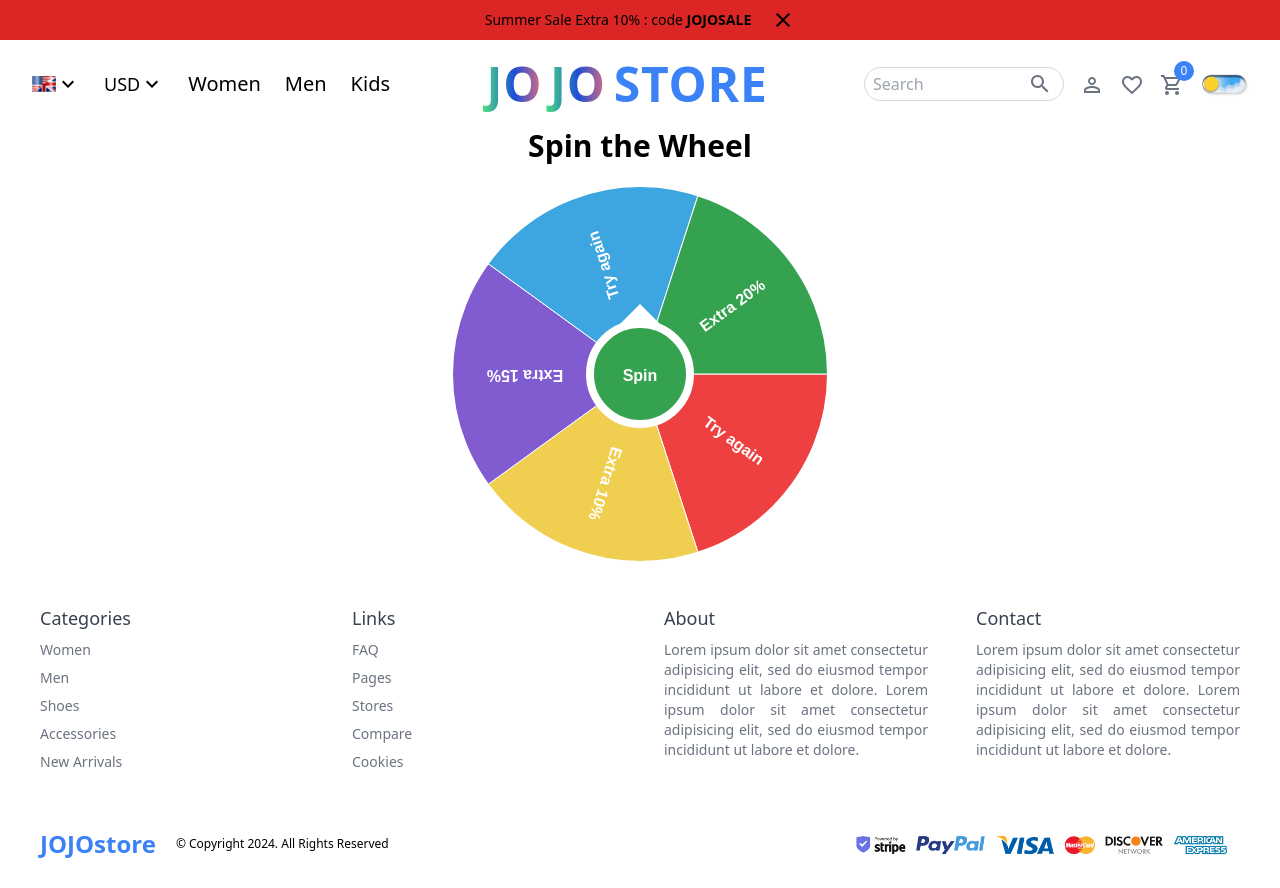
Repository: AiTrinh303/JOJO-STORE
Page: /spinwheelgame
These files come from the project's save history. The page is drawn as it stood at one moment and after a run of saves; the edit follows.
The browser window is 1280 px wide. The pictures show the whole page.
The project was rebuilt for these pictures with package versions that can differ from the ones it lists, and the page was loaded fresh each time. Also part of the build but not shown: vite.config.js, src/components/Cart.jsx, src/components/Form.jsx, src/components/Slider/Slide1.jsx, src/components/Slider/Slide2.jsx, src/components/Slider/Slide3.jsx, src/components/Slider/Slider.scss, src/components/Slider/Slider.jsx and 23 more.

Above is the page before, as saved 2024-06-14 07:54:10.

### index.html
<!doctype html>
<html lang="en">
  <head>
    <meta charset="UTF-8" />
    <link rel="icon" type="image/svg+xml" href="/vite.svg" />
    <meta name="viewport" content="width=device-width, initial-scale=1.0" />
    <title>JOJO-STORE</title>
  </head>
  <body>
    <div id="root"></div>
    <script type="module" src="/src/main.jsx"></script>
  </body>
</html>

### src/main.jsx
import React from 'react'
import ReactDOM from 'react-dom/client'
import App from './App'
import './index.css'



ReactDOM.createRoot(document.getElementById('root')).render(
  <React.StrictMode>
      <App />
  </React.StrictMode>,
)

### src/App.jsx
import { useEffect } from "react";
import { createBrowserRouter, RouterProvider, Outlet } from "react-router-dom";

// Context
import ShopContextProvider from "./Context/ShopContext";
import {AuthProvider} from "./Context/AuthContext";

// Pages
import Footer from "./components/Footer";
import Header from "./components/Header/Header";
import Home from "./pages/Home";
import ShopCategory from "./pages/ShopCategory";
import Product from "./pages/Product";
import Wishlists from "./pages/Wishlists/Wishlists";
import Login from "./pages/Login";
import Register from "./pages/Register";
import Profile from "./pages/Profile";
import CartPage from "./pages/CartPage/CartPage";
import FilteredProductList from "./pages/FilteredProductList";
import BackToTopButton from "./components/BackToTopButton";
import SpinWheelGame from "./components/SpinWheelGame";

// Styles
import AOS from 'aos';
import 'aos/dist/aos.css';
import women_banner from './assets/banner_women.png';
import men_banner from './assets/banner_men.png';
import kids_banner from './assets/banner_kids.png';

// Import PrivateRoute component
// import PrivateRoute from "./components/PrivateRoute"; // Adjust the path as per your project structure

const Layout = () => {
  return (
    <div className="app">
      <Header />
      <Outlet />
      <Footer />
      <BackToTopButton />
    </div>
  );
};

// Define your routes using createBrowserRouter
const router = createBrowserRouter([
  {
    path: "/",
    element: <Layout />,
    children: [
      { path: "/", element: <Home /> },
      { path: "/women", element: <ShopCategory banner={women_banner} category="women" /> },
      { path: "/men", element: <ShopCategory banner={men_banner} category="men" /> },
      { path: "/kids", element: <ShopCategory banner={kids_banner} category="kids" /> },
      { path: "/product/:productId", element: <Product /> },
      { path: "/filtered-products", element: <FilteredProductList /> },
      { path: "/cartpage", element: <CartPage /> },
      { path: "/wishlists", element: <Wishlists /> },
      { path: "/login", element: <Login /> },
      { path: "/register", element: <Register />},
      { path: "/profile", element: <Profile />},
      { path: "/spinwheelgame", element: <SpinWheelGame/>},
      // { path: "/dashboard", element: <PrivateRoute element={<Dashboard />} /> },
    ],
  },
]);

function App() {
  useEffect(() => {
    AOS.init({
      offset: 200,
      duration: 1000,
      delay: 150,
    });
    AOS.refresh();
  }, []);

  return (

      <ShopContextProvider>
          <AuthProvider>
             <RouterProvider router={router} />
          </AuthProvider>
      </ShopContextProvider>
  );

}

export default App;

### src/index.css
@tailwind base;
@tailwind components;
@tailwind utilities;


.dark {
    background-color: black;
    color: #ffffff;

  }

.light {
    background-color: #ffffff;
    color: #000000;
  }

### src/Context/ShopContext.jsx
import { createContext, useReducer } from "react";
import all_product from '../assets/all_product';
import { shopReducer, initialState } from "./Reducer/shopReducer";

export const ShopContext = createContext(null);


const ShopContextProvider = (props) => {
    const [state, dispatch] = useReducer(shopReducer, initialState);

    const addToCart = (itemId, quantity = 1) => {
        dispatch({ type: "ADD_TO_CART", payload: { itemId, quantity } });
    };

    const removeFromCart = (itemId) => {
        dispatch({ type: "REMOVE_FROM_CART", payload: { itemId } });
    };

    const resetCart = () => {
        dispatch({ type: "RESET_CART" });
    };

    const addToWishlist = (itemId) => {
        dispatch({ type: "ADD_TO_WISHLIST", payload: { itemId } });
    };

    const removeFromWishlist = (itemId) => {
        dispatch({ type: "REMOVE_FROM_WISHLIST", payload: itemId });
    };

    const getTotalCartAmount = () => {
        let totalAmount = 0;
        for (const item in state.cartItems) {
            if (state.cartItems[item] > 0) {
                let itemInfo = all_product.find((product) => product.id === Number(item));
                if (itemInfo) {
                    totalAmount += itemInfo.new_price * state.cartItems[item];
                }
            }
        }
        return totalAmount;
    };

    const getTotalCartItems = () => {
        let totalItems = 0;
        for (const item in state.cartItems) {
            if (state.cartItems[item] > 0) {
                totalItems += state.cartItems[item];
            }
        }
        return totalItems;
    };

    const contextValue = {
        all_product,
        cartItems: state.cartItems,
        wishlist: state.wishlist,
        addToCart,
        removeFromCart,
        resetCart,
        getTotalCartAmount,
        getTotalCartItems,
        addToWishlist,
        removeFromWishlist
    };

    return (
        <ShopContext.Provider value={contextValue}>
            {props.children}
        </ShopContext.Provider>
    );
};

export default ShopContextProvider;

### src/Context/AuthContext.jsx
// //Create Authentication Logic - The AuthProvider component will be updated with login and logout functions. This function will be passed down through the AuthContext.Provider and it will be accessible globally.

// import { useContext, createContext, useState } from "react";
// import { useNavigate } from "react-router-dom";

// const AuthContext = createContext();

// const AuthProvider = ({ children }) => {
//   const [user, setUser] = useState(null);
//   const [token, setToken] = useState(localStorage.getItem("site") || "");
//   const navigate = useNavigate();
//   const loginAction = async (data) => {
//     try {
//       const response = await fetch("your-api-endpoint/auth/login", {
//         method: "POST",
//         headers: {
//           "Content-Type": "application/json",
//         },
//         body: JSON.stringify(data),
//       });
//       const res = await response.json();
//       if (res.data) {
//         setUser(res.data.user);
//         setToken(res.token);
//         localStorage.setItem("site", res.token);
//         navigate("/dashboard");
//         return;
//       }
//       throw new Error(res.message);
//     } catch (err) {
//       console.error(err);
//     }
//   };

//   const logOut = () => {
//     setUser(null);
//     setToken("");
//     localStorage.removeItem("site");
//     navigate("/login");
//   };

//   return (
//     <AuthContext.Provider value={{ token, user, loginAction, logOut }}>
//       {children}
//     </AuthContext.Provider>
//   );

// };

// export default AuthProvider;

// export const useAuth = () => {
//   return useContext(AuthContext);
// };


import { createContext, useState } from "react";

export const AuthContext = createContext();

export const AuthProvider = ({ children }) => {
  const [user, setUser] = useState(null);

  const login = (userData) => {
    setUser(userData);
  };

  const logout = () => {
    setUser(null);
  };

  return (
    <AuthContext.Provider value={{ user, setUser, login, logout }}>
      {children}
    </AuthContext.Provider>
  );
};

### src/components/Footer.jsx
import React from "react";

const Footer = () => {
  return (
    <div className="footer mx-10 my-5">
      <div className="top flex gap-12">
        <div className="item flex-1 flex flex-col gap-2 text-justify text-sm">
          <h1 className="text-lg font-medium text-gray-700">Categories</h1>
          <span className="text-gray-500">Women</span>
          <span className="text-gray-500">Men</span>
          <span className="text-gray-500">Shoes</span>
          <span className="text-gray-500">Accessories</span>
          <span className="text-gray-500">New Arrivals</span>
        </div>
        <div className="item flex-1 flex flex-col gap-2 text-justify text-sm">
          <h1 className="text-lg font-medium text-gray-700">Links</h1>
          <span className="text-gray-500">FAQ</span>
          <span className="text-gray-500">Pages</span>
          <span className="text-gray-500">Stores</span>
          <span className="text-gray-500">Compare</span>
          <span className="text-gray-500">Cookies</span>
        </div>
        <div className="item flex-1 flex flex-col gap-2 text-justify text-sm">
          <h1 className="text-lg font-medium text-gray-700">About</h1>
          <span className="text-gray-500">
            Lorem ipsum dolor sit amet consectetur adipisicing elit, sed do
            eiusmod tempor incididunt ut labore et dolore. Lorem ipsum dolor sit
            amet consectetur adipisicing elit, sed do eiusmod tempor incididunt
            ut labore et dolore.
          </span>
        </div>
        <div className="item flex-1 flex flex-col gap-2 text-justify text-sm">
          <h1 className="text-lg font-medium text-gray-700">Contact</h1>
          <span className="text-gray-500">
            Lorem ipsum dolor sit amet consectetur adipisicing elit, sed do
            eiusmod tempor incididunt ut labore et dolore. Lorem ipsum dolor sit
            amet consectetur adipisicing elit, sed do eiusmod tempor incididunt
            ut labore et dolore.
          </span>
        </div>
      </div>
      <div className="bottom flex items-center justify-between mt-12">
        <div className="left flex items-center">
          <span className="logo text-blue-500 font-bold text-2xl">JOJOstore</span>
          <span className="copyright ml-5 text-xs text-black-500">
            © Copyright 2024. All Rights Reserved
          </span>
        </div>
        <div className="right">
          <img src="src/assets/payment.png" alt="payment" className="h-12" />
        </div>
      </div>
    </div>
  );
};

export default Footer;

### src/components/Header/Header.jsx

import NavbarExtra from './NavbarExtra'
import Navbar from './Navbar'

const Header = () => {
  return (
    <div>
      <NavbarExtra />
      <Navbar />
    </div>
  )
}

export default Header

### src/components/SpinWheelGame.jsx
import WheelComponent from "./WheelComponent";

export default function App() {
  const segments = [
    "Try again",
    "Extra 10%",
    "Extra 15%",
    "Try again",
    "Extra 20%",
  ];
  const segColors = ["#EE4040", "#F0CF50", "#815CD1", "#3DA5E0", "#34A24F"];
  const onFinished = (winner) => {
    console.log(winner);

  };
  return (
    <div className="">
      <h1 className="text-center text-3xl font-bold">Spin the Wheel</h1>
      <div className="flex items-center justify-center">
        <WheelComponent
          segments={segments}
          segColors={segColors}
          onFinished={(winner) => onFinished(winner)}
          primaryColor=""
          contrastColor="white"
          buttonText="Spin"
          isOnlyOnce={false}
          size={190}
          upDuration={500}
          downDuration={600}
          fontFamily="Arial"
        />
      </div>
      {/* <h2>Start editing to see some magic happen!</h2> */}
    </div>
  );
}

### src/Context/Reducer/shopReducer.jsx

// import all_product from "../../assets/all_product";

// const getDefaultValue = () => {
//     let cart = {};
//     for (let index = 0; index < all_product.length; index++) {
//         cart[index] = 0;
//     }
//     return cart;
// };

// export const initialState = {
//     cartItems: getDefaultValue(),
//     wishlist: []
// };

// export const shopReducer = (state, action) => {
//     switch (action.type) {
//         case "ADD_TO_CART":
//             return {
//                 ...state,
//                 cartItems: {
//                     ...state.cartItems,
//                     [action.payload.itemId]: (state.cartItems[action.payload.itemId] || 0) + action.payload.quantity
//                 }
//             };
//         case "REMOVE_FROM_CART":
//             return {
//                 ...state,
//                 cartItems: {
//                     ...state.cartItems,
//                     [action.payload.itemId]: state.cartItems[action.payload.itemId] - 1
//                 }
//             };
//         case "RESET_CART":
//             return {
//                 ...state,
//                 cartItems: getDefaultValue()
//             };
//         case "ADD_TO_WIS                    [action.payload.itemId]: (state.cartItems[action.payload.itemId] || 0) + action.payload.quantity
//                 }
//             };
//         case "REMOVE_FROM_CART":
//             return {
//                 ...state,
//                 cartItems: {
//                     ...state.cartItems,
//                     [action.payload.itemId]: state.cartItems[action.payload.itemId] - 1
//                 }
//             };
//         case "RESET_CART":
//             return {
//                 ...state,
//                 cartItems: getDefaultValue()
//             };
//         case "ADD_TO_WISHLIST":
//             return {
//                 ...state,
//                 wishlist: [...state.wishlist, action.payload.itemId]
//             };
//         case "REMOVE_FROM_WISHLIST":
//             const newWishlist = [...state.wishlist];
//             newWishlist.splice(newWishlist.indexOf(action.payload.itemId), 1)}
//             return {
//                 ...state,
//                 wishlist: newWishlist};

//         default:
//             return state;
//     }
// };


import all_product from "../../assets/all_product";

const getDefaultValue = () => {
    let cart = {};
    for (let index = 0; index < all_product.length; index++) {
        cart[index] = 0;
    }
    return cart;
};

export const initialState = {
    cartItems: getDefaultValue(),
    wishlist: []
};

export const shopReducer = (state, action) => {
    switch (action.type) {
        case "ADD_TO_CART":
            return {
                ...state,
                cartItems: {
                    ...state.cartItems,
                    [action.payload.itemId]: (state.cartItems[action.payload.itemId] || 0) + action.payload.quantity
                }
            };
        case "REMOVE_FROM_CART":
            return {
                ...state,
                cartItems: {
                    ...state.cartItems,
                    [action.payload.itemId]: Math.max(0, state.cartItems[action.payload.itemId] - 1)
                }
            };
        case "RESET_CART":
            return {
                ...state,
                cartItems: getDefaultValue()
            };
        case "ADD_TO_WISHLIST":
            if (!state.wishlist.includes(action.payload.itemId)) {
                return {
                    ...state,
                    wishlist: [...state.wishlist, action.payload.itemId]
                };
            }
            return state;
        case "REMOVE_FROM_WISHLIST":
                return {
                    ...state,
                    wishlist: state.wishlist.filter((item) => item.itemId !== action.payload.itemId)
                };

        default:
            return state;
    }
};

### src/components/Header/NavbarExtra.jsx
import CloseIcon from '@mui/icons-material/Close';
import LocalShippingIcon from '@mui/icons-material/LocalShipping';
import ContactMailIcon from '@mui/icons-material/ContactMail';
import SyncAltIcon from '@mui/icons-material/SyncAlt';
import { useState } from 'react';

const NavbarExtra = () => {
  const [showSale, setShowSale] = useState(true);

  return (
    <div data-aos="fade-down" className="navbar h-12">
      {showSale ? (
        <div className="wrapper py-2 px-4 md:px-10 flex items-center justify-center items-center gap-5 bg-red-600 text-black-600 text-xs md:text-sm">
          <div>
            <p>Summer Sale Extra 10% : code <strong>JOJOSALE</strong></p>
          </div>
          <div>
            <CloseIcon onClick={() => setShowSale(false)} className="text-black-700 hover:text-black-900"/>
          </div>
        </div>
      ) : (
        <div className="wrapper py-2 px-4 md:px-10 flex flex-col md:flex-row items-center justify-between bg-gray-200 text-gray-500 text-xs md:text-sm">
          <div className="my-1 md:my-0">
            <p><ContactMailIcon className='px-1'/>Help and Contact</p>
          </div>
          <div className="my-1 md:my-0">
            <p><LocalShippingIcon className='px-1'/>Free standard delivery over €50 & free return*</p>
          </div>
          <div className="my-1 md:my-0">
            <p><SyncAltIcon className='px-1'/>100-day return policy</p>
          </div>
        </div>
      )}
    </div>
  );
};

export default NavbarExtra;

### src/components/Header/DarkMode.jsx
import LightButton from "../../assets/light-mode-button.png";
import DarkButton from "../../assets/dark-mode-button.png";
import { useEffect, useState } from "react";

const DarkMode = () => {
  const [theme, setTheme] = useState(
    localStorage.getItem("theme") ? localStorage.getItem("theme") : "light"
  );

  const element = document.documentElement; // html element

 useEffect(() => {
    if (theme === "dark") {
      element.classList.add("dark");
      localStorage.setItem("theme", "dark");
    } else {
      element.classList.remove("dark");
      localStorage.setItem("theme", "light");
    }
  }, [theme]);

  return (
    <div className="relative">
      <img
        src={LightButton}
        alt=""
        onClick={() => setTheme(theme === "light" ? "dark" : "light")}
        className={`w-12 cursor-pointer drop-shadow-[1px_1px_1px_rgba(0,0,0,0.1)] transition-all duration-300 absolute right-0 z-10 ${
          theme === "dark" ? "opacity-0" : "opacity-100"
        } `}
      />
      <img
        src={DarkButton}
        alt=""
        onClick={() => setTheme(theme === "light" ? "dark" : "light")}
        className="w-12 cursor-pointer drop-shadow-[1px_1px_1px_rgba(0,0,0,0.1)] transition-all duration-300"
      />
    </div>
  );
};

export default DarkMode;

Loaded but not shown: tailwind.config.js (common file); src/assets/all_product.js (906 lines, source omitted); src/components/WheelComponent.tsx (267 lines, source omitted); src/components/Header/Navbar.jsx (125 lines, source omitted)

After the next 4 saves:
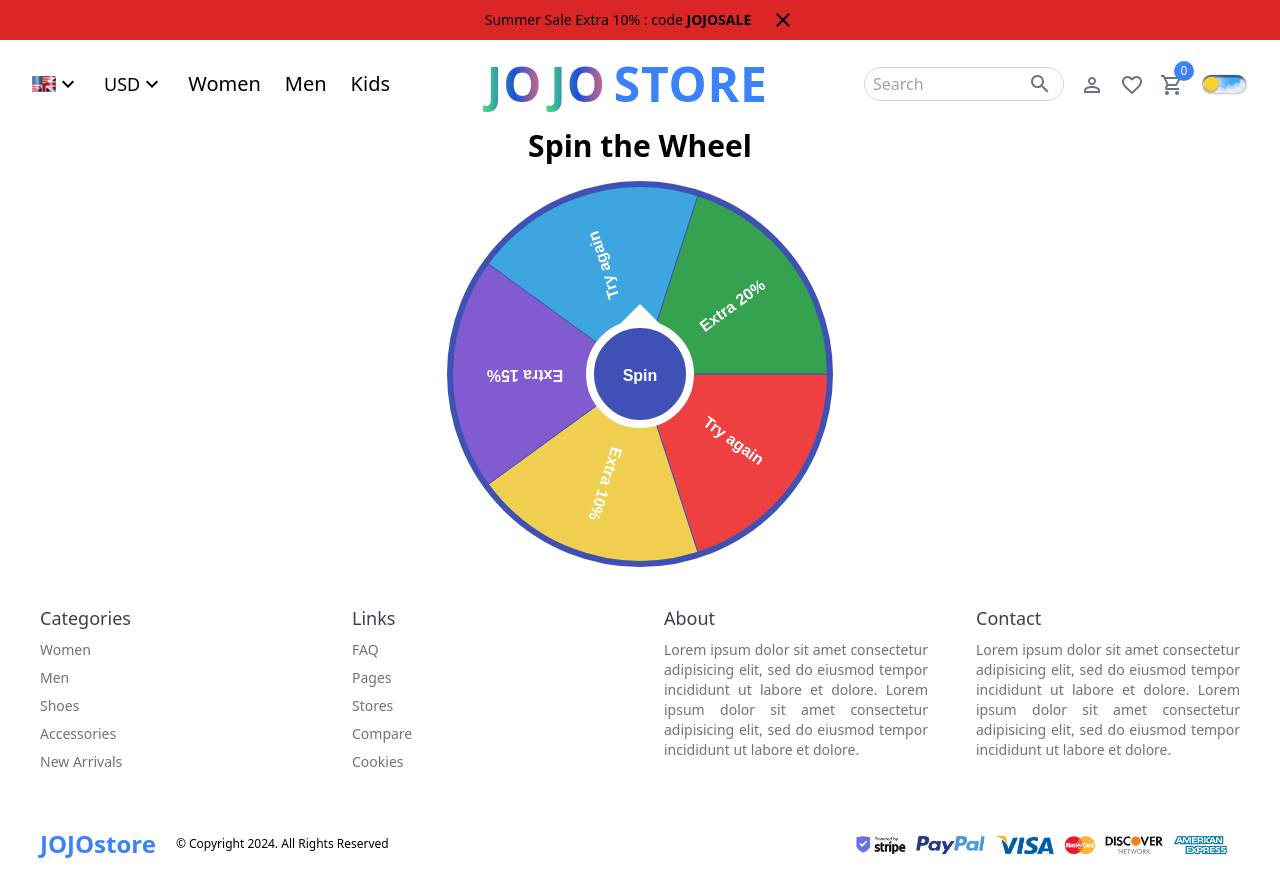
The 4 saves are shown as one change because they came seconds apart.
The last was saved 12 s later.
--- a/src/components/SpinWheelGame.jsx
+++ b/src/components/SpinWheelGame.jsx
@@ -21,7 +21,7 @@
           segments={segments}
           segColors={segColors}
           onFinished={(winner) => onFinished(winner)}
-          primaryColor=""
+          primaryColor="#3f51b5"
           contrastColor="white"
           buttonText="Spin"
           isOnlyOnce={false}

After the 2 saves that followed:
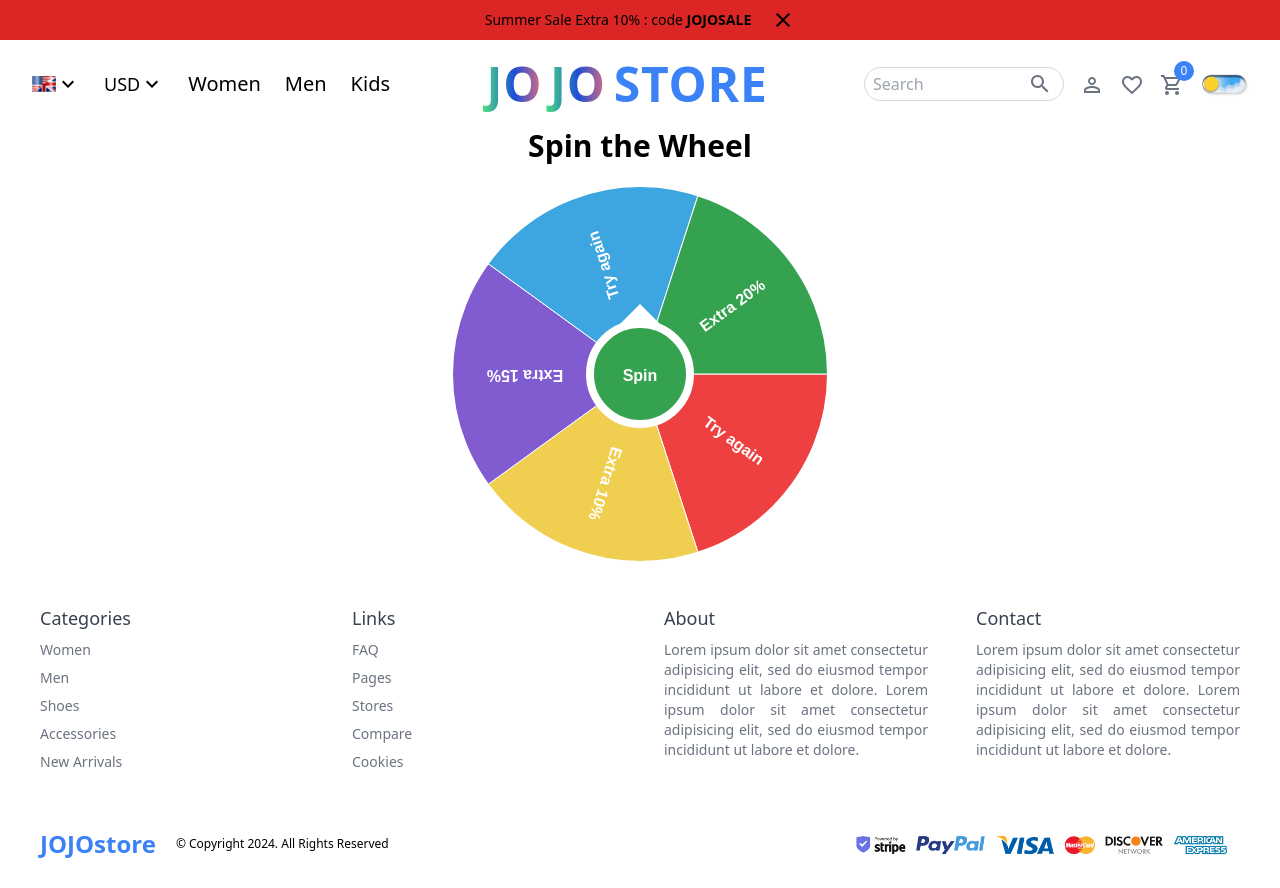
The 2 saves are shown as one change because they came seconds apart.
The last was saved 7 s later.
--- a/src/components/SpinWheelGame.jsx
+++ b/src/components/SpinWheelGame.jsx
@@ -21,7 +21,7 @@
           segments={segments}
           segColors={segColors}
           onFinished={(winner) => onFinished(winner)}
-          primaryColor="#3f51b5"
+          primaryColor="#11111"
           contrastColor="white"
           buttonText="Spin"
           isOnlyOnce={false}
